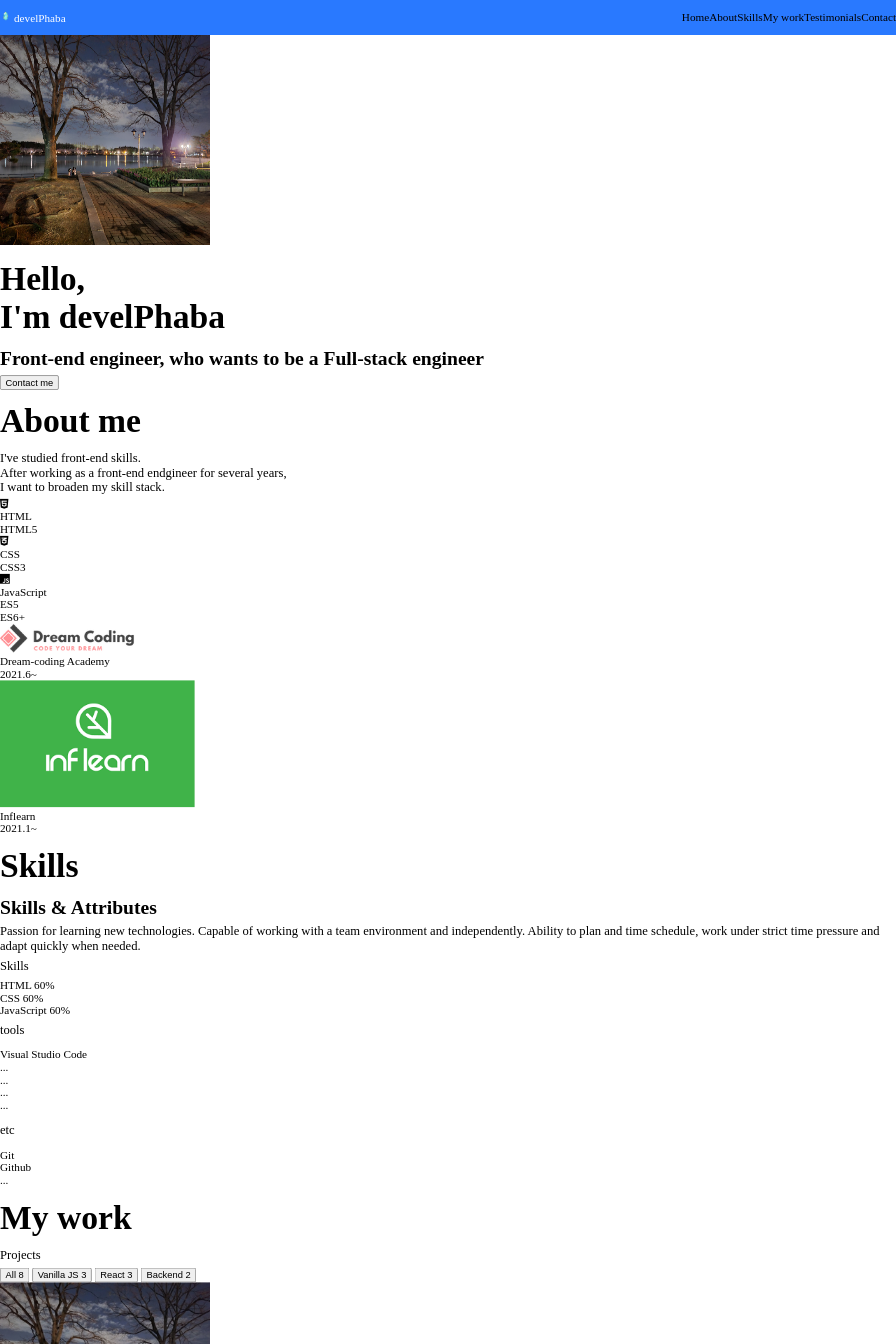
Repository: delphkim/portfolio
Page: index.html
The author's editor kept a copy of each file at every save. The page is drawn from the files as they stood at one save, then again after the next save.
The browser window is 1280 px wide. The pictures show the part of the page from y = 0 to 1920 px (the page is 5038 px tall before and 5054 px after), at 70% of full size.
Some web libraries are served in a nearby version.

Above is the page before, as saved 2021-08-03 17:17:57.

### index.html
<!DOCTYPE html>
<html lang="en">
  <head>
    <meta charset="UTF-8" />
    <meta http-equiv="X-UA-Compatible" content="IE=edge" />
    <meta name="viewport" content="width=device-width, initial-scale=1.0" />
    <title>DevelPhaba's Portfolio</title>
    <meta name="description" content="Portfolio for world-reknowned software engineer develPhaba"/>
    <meta name="author" content="develPhaba" />
    <link rel="icon" type="img/png" href="./imgs/favicon.png">
    <script src="https://kit.fontawesome.com/d2b892ca94.js" crossorigin="anonymous"></script>
    <link rel="preconnect" href="https://fonts.googleapis.com" />
    <link rel="preconnect" href="https://fonts.gstatic.com" crossorigin />
    <link href="https://fonts.googleapis.com/css2?family=Open+Sans:wght@400;600;700&display=swap" rel="stylesheet"/>
    <!-- CSS rules to specify families -->
    <!-- 1. font-family: 'Open Sans', sans-serif;  -->
    <link rel="stylesheet" href="./style.css">
    <script src="./main.js" defer></script>
  </head>
  <body>
    <!-- Navbar -->
    <nav id="navbar">
      <div class="navbar__logo">
        <img class="navbar__icon" src="./imgs/favicon.png" alt="logo">
        <a href="#">develPhaba</a>
      </div>

        <ul class="navbar__menu">
          <li class="navbar__menu__item">Home</li>
          <li class="navbar__menu__item">About</li>
          <li class="navbar__menu__item">Skills</li>
          <li class="navbar__menu__item">My work</li>
          <li class="navbar__menu__item">Testimonials</li>
          <li class="navbar__menu__item">Contact</li>
        </ul>

    </nav>
    <!-- Home -->
    <section id="home">
      <img src="./imgs/home.jpg"
           alt="develPhabas' profile photo"
           class="home__avatar">
           <h1 class="home__title">Hello, <br>I'm develPhaba</br></h1>
           <h2 class="home__description">Front-end engineer, who wants to be a Full-stack engineer </h2>
           <button class="home__contact">Contact me</button>
    </section>
    <!-- About -->
    <section id="about">
      <h1>About me</h1>
      <p>I've studied front-end skills.
        <br>After working as a front-end endgineer for several years,
        <br>I want to broaden my skill stack.
      </p>
      <div class="about__majors">
        <div class="major">
          <div class="major__icon">
            <i class="fab fa-html5"></i>
          </div>
          <div class="major__title">HTML</div>
          <div class="major__description">HTML5</div>
        </div>
        <div class="major">
            <div class="major__icon">
              <i class="fab fa-css3-alt"></i>
            </div>
            <div class="major__title">CSS</div>
            <div class="major__description">CSS3</div>
        </div>
        <div class="major">
          <div class="major__icon">
            <i class="fab fa-js"></i>
          </div>
          <div class="major__title">JavaScript</div>
          <div class="major__description">ES5<br>ES6+</div>
        </div>
      </div>
      <div class="about__schools">
        <div class="school">
          <img src="./imgs/schools/dream-coding.png" alt="dream-coding" class="school__logo">
          <div class="school__title">Dream-coding Academy</div>
          <div class="school__years">2021.6~</div>
        </div>
        <div class="school">
          <img src="./imgs/schools/inflearn.png" alt="inflearn" class="school__logo">
          <div class="school__title">Inflearn</div>
          <div class="school__years">2021.1~</div>
        </div>
      </div>

    </section>
    <!-- Skills -->
    <section id="skills">
      <h1>Skills</h1>
      <h2>Skills & Attributes</h2>
      <p>
        Passion for learning new technologies. Capable of working with a team environment
        and independently. Ability to plan and time schedule, work under
        strict time pressure and adapt quickly when needed.
      </p>
      <div class="skillset">
        <div class="skillset__left">
          <h3 class="skillset__title">Skills</h3>
          <div class="skill">
            <div class="skill__description">
              <span>HTML</span>
              <span>60%</span>
            </div>
            <div class="skill__bar">
              <div class="skill__value"></div>
            </div>
          </div>
          <div class="skill">
            <div class="skill__description">
              <span>CSS</span>
              <span>60%</span>
            </div>
            <div class="skill__bar">
              <div class="skill__value"></div>
            </div>
          </div>
          <div class="skill">
            <div class="skill__description">
              <span>JavaScript</span>
              <span>60%</span>
            </div>
            <div class="skill__bar">
              <div class="skill__value"></div>
            </div>
          </div>
        </div>
        <div class="skillset__right">
          <div class="tools">
            <h3 class="skillset__title">tools</h3>
            <ul class="tools__list">
              <li><span>Visual Studio Code</span></li>
              <li><span>...</span></li>
              <li><span>...</span></li>
              <li><span>...</span></li>
              <li><span>...</span></li>
            </ul>
          </div>
          <div class="etc">
            <h3 class="skillset__title">etc</h3>
            <ul class="ect__list">
              <li><span>Git</span></li>
              <li><span>Github</span></li>
              <li><span>...</span></li>
            </ul>
          </div>


        </div>
      </div>
    </section>
    <!-- Work -->
    <section id="work">
      <h1>My work</h1>
      <h3>Projects</h3>
      <div class="work__categories">
        <button class="category__btn">All <span class="category__count">8</span></button>
        <button class="category__btn">Vanilla JS <span class="category__count">3</span></button>
        <button class="category__btn">React <span class="category__count">3</span></button>
        <button class="category__btn">Backend <span class="category__count">2</span></button>
      </div>
      <div class="work__projects">
        <a href="https://github.com/develPhaba/test"
           class="project"
           targe="blank">
           <img class="project__img" src="./imgs/projects/1.jpg" alt="one">
           <div class="project__description">
             <h3>first project</h3>
             <span>Clone coding with HTML and CSS</span>
           </div>
        </a>
        <a href="https://github.com/develPhaba/test"
           class="project"
           target="blank">
           <img class="project__img" src="./imgs/projects/2.jpg" alt="two">
           <div class="project__description">
            <h3>Second project</h3>
            <span>Clone coding with HTML, CSS and JavaScript</span>
          </div>
        </a>
        <a href="https://github.com/develPhaba/test"
           class="project"
           target="blank">
           <img class="project__img" src="./imgs/projects/3.jpg" alt="three">
           <div class="project__description">
            <h3>third project</h3>
            <span>Clone coding with HTML,CSS and JavaScript</span>
           </div>
        </a>
        <a href="https://github.com/develPhaba/test"
           class="project"
           target="blank">
          <img class="project__img" src="./imgs/projects/4.jpg" alt="four">
          <div class="project__description">
            <h3>fourth project</h3>
            <span>Clone coding,Front-end with React</span>
          </div>
        </a>
        <a href="https://github.com/develPhaba/test"
           class="project"
           target="blank">
          <img class="project__img" src="./imgs/projects/5.jpg" alt="five">
          <div class="project__description">
            <h3>fifth project</h3>
            <span>Clone coding,Front-end with React</span>
          </div>
        </a>
        <a href="https://github.com/develPhaba/test"
           class="project"
           target="blank">
          <img class="project__img" src="./imgs/projects/6.jpg" alt="six">
          <div class="project__description">
            <h3>sixth project</h3>
            <span>Clone coding,Front-end with React</span>
          </div>
        </a>
        <a href="https://github.com/develPhaba/test"
           class="project"
           target="blank">
           <img class="project__img" src="./imgs/projects/7.jpg" alt="seven">
           <div class="project__description">
            <h3>seventh project</h3>
            <span>Clone coding, Back-end with Node.js</span>
           </div>
        </a>
        <a href="https://github.com/develPhaba/test"
           class="project"
           target="blank">
           <img class="project__img" src="./imgs/projects/8.jpg" alt="eight">
           <div class="project__description">
            <h3>eighth project</h3>
            <span>Clone coding, Back-end with Node.js</span>
           </div>
        </a>
      </div>
    </section>
    <!-- Testimonials -->
    <section id="testimonials">
      <h1>Testimonials</h1>
      <h3>See what they say about me</h3>
      <div class="testimonials">
        <div class="testimonial">
          <img src="./imgs/testimonial/people1.jpg"
               alt="people"
               class="testimonial__avatar">
               <div class="testimonial__speech-bubble">
                 <p>Lorem ipsum dolor sit amet consectetur adipisicing elit. Magnam, vitae.
                   Dolores sit in amet quos. Alias maiores accusantium dolore error illo eligendi,
                   vel sint aperiam nemo soluta debitis deserunt voluptas.</p>
                   <p class="name"><a href="https://github.com/develPhaba/test">TestName</a>/Test company</p>
               </div>
        </div>
        <div class="testimonial">
          <img src="./imgs/testimonial/people2.jpg"
               alt="people"
               class="testimonial__avatar">
               <div class="testimonial__speech-bubble">
                <p>Lorem ipsum dolor sit amet consectetur adipisicing elit. Magnam, vitae.
                  Dolores sit in amet quos. Alias maiores accusantium dolore error illo eligendi,
                  vel sint aperiam nemo soluta debitis deserunt voluptas.</p>
                <p class="name"><a href="https://github.com/develPhaba/test">TestName2</a>/Test company2</p>
              </div>
        </div>
      </div>
    </section>
    <!-- Contact -->
    <section id="contact">
      <h1 class="contact__title">Let's talk</h1>
      <h2 class="contact__email">hgkim9201@gmail.com</h2>
      <div class="contact__links">
      <a href="https://github.com/develPhaba">
        <i class="fa fa-github"></i>
      </a>
      <a href="">
      <i class="fa fa-linkedin-square"></i>
      </a>
      </div>
      <p class="contact__rights">Dreaming-coding Ellie -All rights reserved</p>
    </section>
  </body>
</html>

### style.css
:root {
  /* Color */
  --color-white: #ffffff;
  --color-light-white: #eeeeee;
  --color-dark-white: #bdbdbd;
  --color-pink: #fe918d;
  --color-dark-pink: #ff6863;
  --color-black: #4d4d4d;
  --color-dark-grey: #4d4d4d;
  --color-grey: #616161;
  --color-blue: #73aace;
  --color-yellow: #fff7d1;
  --color-orange: #feb546;
  --color-black: #000000;
  --color-green: #80deea;
  --color-sky-blue: #2979ff;
  /* Font size */
  --font-large: 48px;
  --font-medium: 28px;
  --font-regular: 18px;
  --font-small: 16px;
  --font-micro: 14px;
  /* Font weight */
  --weight-bold: 700;
  --weight-semi-bold: 600;
  --weight-regular: 400;
  /* Size */
}
/* Universal tags */
* {
  box-sizing: border-box;
}
body {
  margin: 0;
}
a {
  text-decoration: none;
  color: var(--color-white);
}
ul {
  list-style: none;
  padding-left: 0;
}
h1 {
  font-size: var(--font-large);
  font-weight: var(--weight-bold);
  color: var(--color-black);
  margin: 16px 0;
}
h2 {
  font-size: var(--font-medium);
  font-weight: var(--weight-semi-bold);
  color: var(--color-black);
  margin: 8px 0;
}
h3 {
  font-size: var(--font-regular);
  font-weight: var(--weight-regular);
  color: var(--color-black);
  margin: 8px 0;
}
p {
  font-size: var(--font-regular);
  font-weight: var(--weight-regular);
  color: var(--color-black);
  margin: 4px 0;
}
/* Navbar */
#navbar {
  display: flex;
  justify-content: space-between;
  background-color: var(--color-sky-blue);
  align-items: center;
}
.navbar__icon {
  width: 16px;
  height: 16px;
}
.navbar__menu {
  display: flex;
}
.home__avatar {
  width: 300px;
  height: 300px;
}

Loaded but not shown: main.js (no stored copy; drawn as an empty file)

After the next save:
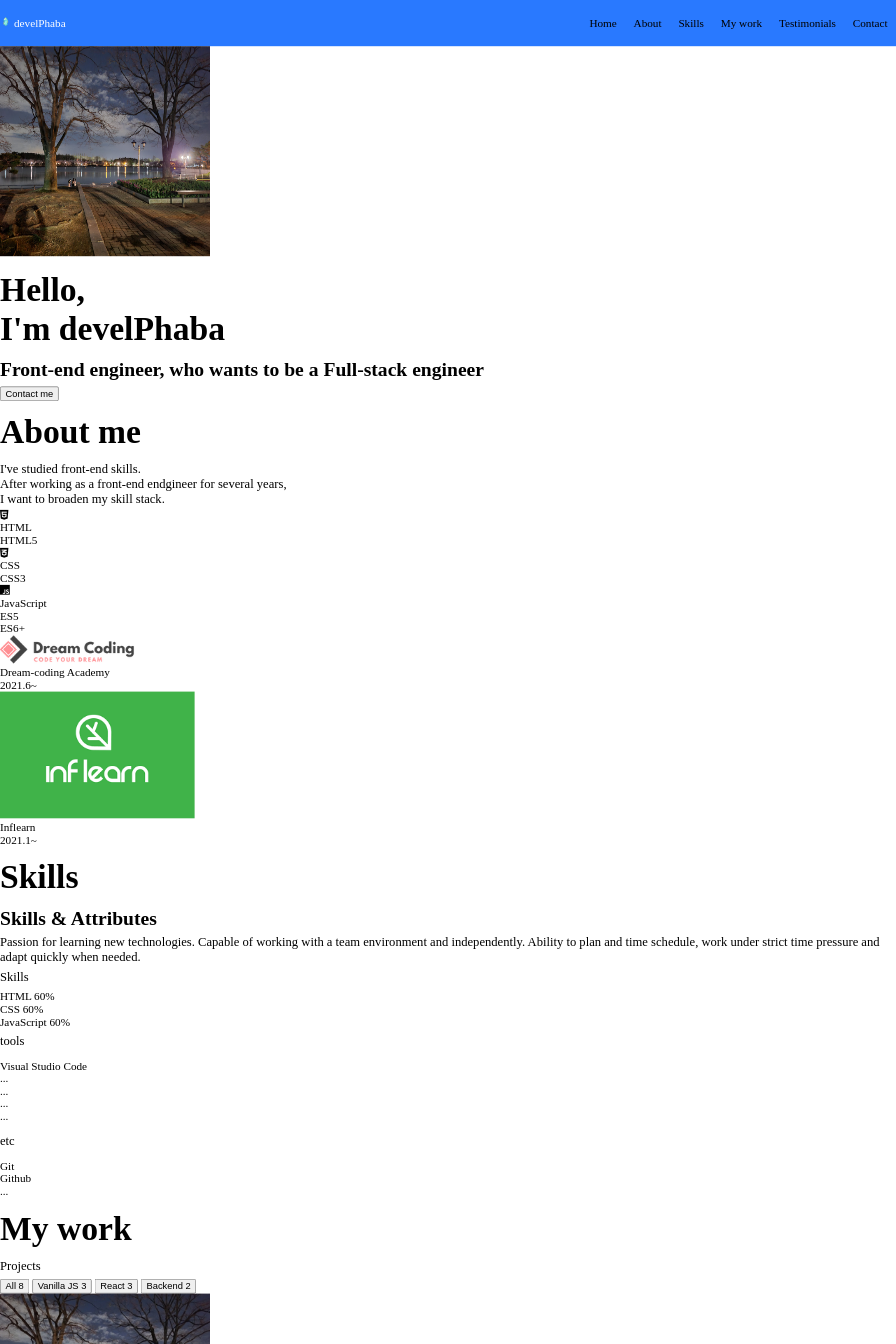
Saved 53 s later.
--- a/style.css
+++ b/style.css
@@ -79,6 +79,9 @@
 .navbar__menu {
   display: flex;
 }
+.navbar__menu__item {
+  padding: 8px 12px;
+}
 .home__avatar {
   width: 300px;
   height: 300px;
